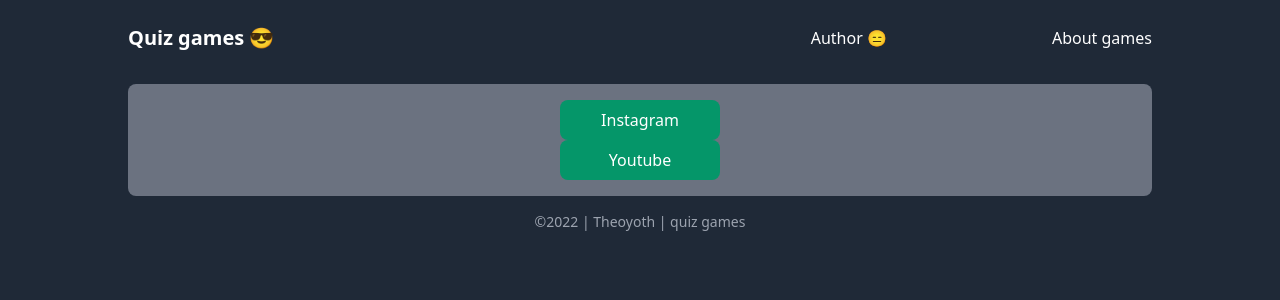
Repository: theoyoth/quiz-game
Page: /author
These files come from the project's save history. The page is drawn as it stood at one moment and after the next save; the edit follows.
The browser window is 1280 px wide. The pictures show the whole page.
The project was rebuilt for these pictures with package versions that can differ from the ones it lists, and the page was loaded fresh each time. The framework's server and built-in components were replaced by stand-ins that run in the browser. Also part of the build but not shown: nuxt.config.js, components/EndPage.vue, components/Loading.vue, layouts/404.vue, layouts/error.vue, layouts/errorLayout.vue.

Above is the page before, as saved 2022-06-16 20:11:55.

### assets/css/main.css
@tailwind base;
@tailwind components;
@tailwind utilities;


/* hide scrollbar */
/* ================================ */
* {
  /* for explorer, edge */
  -ms-overflow-style: none;
  /* for firefox */
  scrollbar-width: none;
}
::-webkit-scrollbar {
  /* for chrome, safari, and opera */
  display: none;
}
/* ================================ */

.correct {
  background-color: rgb(23, 87, 170);
}
.incorrect {
  background-color: rgb(204, 49, 41);
}

### components/Footer.vue
.<template>
  <div class="text-center mt-4">
    <p class="text-sm text-gray-400">&copy;2022 | Theoyoth | quiz games</p>
  </div>
</template>

<script>
export default {

}
</script>

### components/Header.vue
<template>
  <div class="flex justify-between items-center">
    <div>
      <h2 class="font-bold text-xl">
        <NuxtLink to="/">Quiz games 😎</NuxtLink>
      </h2>
    </div>
    <div class="lg:w-1/3 sm:w-1/2 md:w-1/3 xl:w-1/3 flex justify-between items-center">
      <NuxtLink to="/author">Author 😑</NuxtLink>
      <NuxtLink to="/about">About games</NuxtLink>
    </div>
  </div>
</template>

<script>
export default {

}
</script>

### components/Main.vue
<template>
  <div>
    <div class="lg:px-10 md:px-8 sm:px-4 xl:px-32 py-6 min-h-screen bg-gray-800 text-white">
    <Header />
      <NuxtChild />
    <Footer />
    </div>
  </div>
</template>

<script>
export default {

}
</script>

### layouts/default.vue
<template>
  <Main>
      <Nuxt />
  </Main>
</template>

### pages/author.vue
<template>
  <div>
    <div class="bg-gray-500 rounded-lg py-4 flex flex-col items-center justify-around mt-8">
      <a href="https://www.instagram.com/theoyoth/" target="_blank" class="bg-green-600 py-2 w-40 rounded-lg text-center">
        <button>Instagram</button>
      </a>
      <!-- <a href="/game" target="_blank" class="bg-green-600 py-2 px-4 rounded-lg text-center">
        <button>Facebook</button>
      </a> -->
      <a href="/game" target="_blank" class="bg-green-600 py-2 w-40 rounded-lg text-center">
        <button>Youtube</button>
      </a>
    </div>
  </div>
</template>

<script>
export default {

}
</script>

### tailwind.config.js
/** @type {import('tailwindcss').Config} */
module.exports = {
  content: [
    "./components/**/*.{js,vue,ts}",
    "./layouts/**/*.vue",
    "./pages/**/*.vue",
    "./plugins/**/*.{js,ts}",
    "./nuxt.config.{js,ts}",
  ],
  theme: {
    extend: {},
    screens: {
      sm: "410px",
      md: "640px",
      lg: "770px",
      xl: "1024px",
    },
  },
  plugins: [],
};

After the next save:
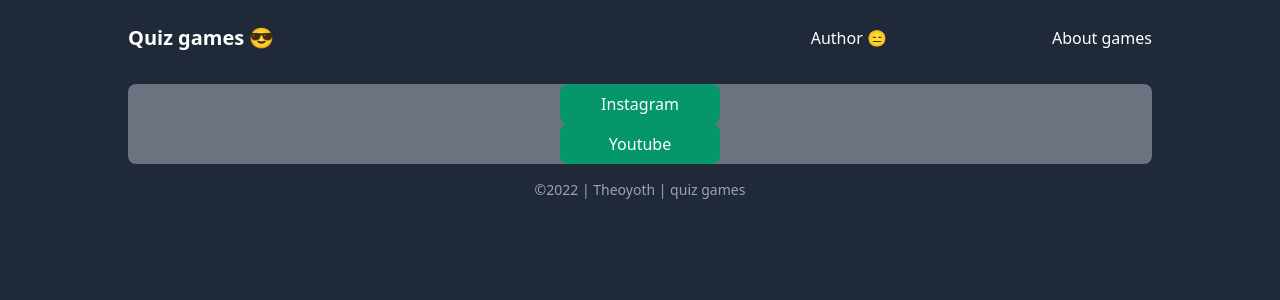
Saved 21 s later.
--- a/pages/author.vue
+++ b/pages/author.vue
@@ -1,6 +1,6 @@
 <template>
   <div>
-    <div class="bg-gray-500 rounded-lg py-4 flex flex-col items-center justify-around mt-8">
+    <div class="bg-gray-500 rounded-lg flex flex-col items-center justify-around mt-8 h-62">
       <a href="https://www.instagram.com/theoyoth/" target="_blank" class="bg-green-600 py-2 w-40 rounded-lg text-center">
         <button>Instagram</button>
       </a>
